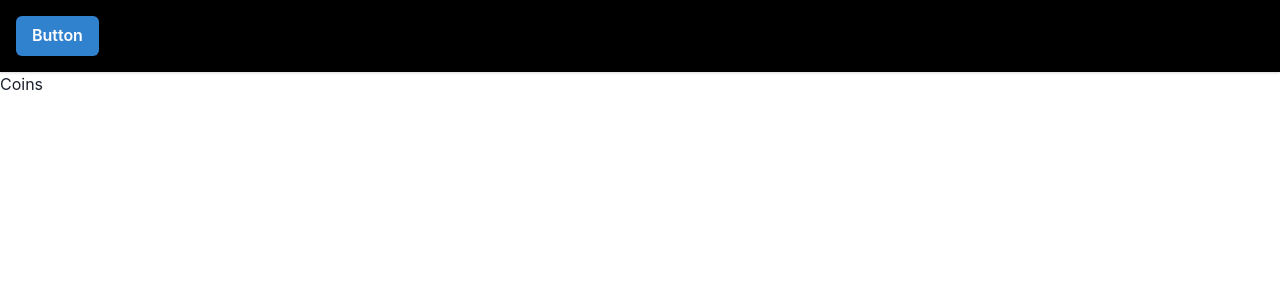
Repository: Attar786/cryptoapp
Page: /coins
These files come from the project's save history. The page is drawn as it stood at one moment and after the next save; the edit follows.
The browser window is 1280 px wide. The pictures show the whole page.
The project was rebuilt for these pictures with package versions that can differ from the ones it lists, and the page was loaded fresh each time. Also part of the build but not shown: vite.config.js, src/components/Home.jsx, src/components/Exhanges.jsx, src/components/CoinDetails.jsx, src/index.css.

Above is the page before, as saved 2024-03-16 16:50:16.

### src/main.jsx
import React from 'react'
import ReactDOM from 'react-dom/client'
import App from './App.jsx'
import './index.css'
import { ChakraProvider, theme } from "@chakra-ui/react"
// import { chakra } from "@chakra-ui/react"
ReactDOM.createRoot(document.getElementById('root')).render(
  <React.StrictMode>
    <ChakraProvider   theme={theme}>
    <App />
    </ChakraProvider>
  </React.StrictMode>,
)

### src/App.jsx
import { BrowserRouter as Router,Routes,Route } from "react-router-dom"
import Home from "./components/Home"
import Coins from "./components/Coins"
import Exhanges from "./components/Exhanges"
import CoinDetails from "./components/CoinDetails"
import Headers from "./components/Header"
function App() {


  return (
    <>
      <Router>
<Headers/>
<Routes>
  <Route path="/" element= {<Home/>}/>
  <Route path="/coins" element= {<Coins/>}/>
  <Route path="/coin/:id" element= {<CoinDetails/>}/>
  <Route path="/exchanges" element= {<Exhanges/>}/>
</Routes>

      </Router>

    </>
  )
}

export default App

### src/components/Coins.jsx

const Coins = () => {
  return (
    <div>Coins</div>
  )
}

export default Coins

### src/components/Header.jsx
import { HStack , Button} from "@chakra-ui/react"


const Header = () => {
    return (
<HStack p={"4"} bgColor={"black"} shadow={"base"}  >
<Button colorScheme='blue'>Button</Button>


</HStack>
    )
}

export default Header

Loaded but not shown: index.html (common file)

After the next save:
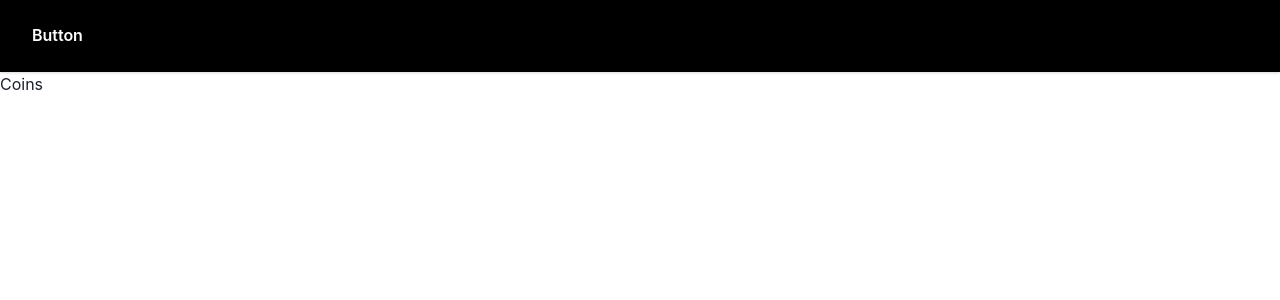
Saved 29 s later.
--- a/src/components/Header.jsx
+++ b/src/components/Header.jsx
@@ -4,7 +4,7 @@
 const Header = () => {
     return (
 <HStack p={"4"} bgColor={"black"} shadow={"base"}  >
-<Button colorScheme='blue'>Button</Button>
+<Button colorScheme='white'>Button</Button>
 
 
 </HStack>

After the save that followed:
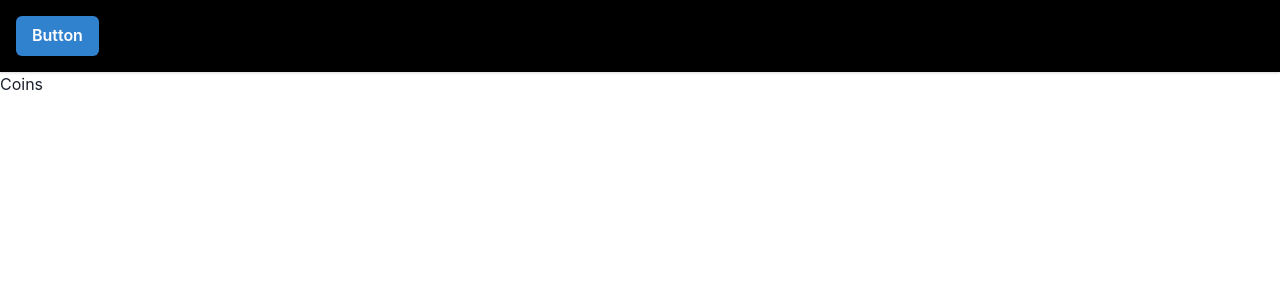
Saved 14 s later.
--- a/src/components/Header.jsx
+++ b/src/components/Header.jsx
@@ -4,7 +4,7 @@
 const Header = () => {
     return (
 <HStack p={"4"} bgColor={"black"} shadow={"base"}  >
-<Button colorScheme='white'>Button</Button>
+<Button colorScheme='blue'>Button</Button>
 
 
 </HStack>
